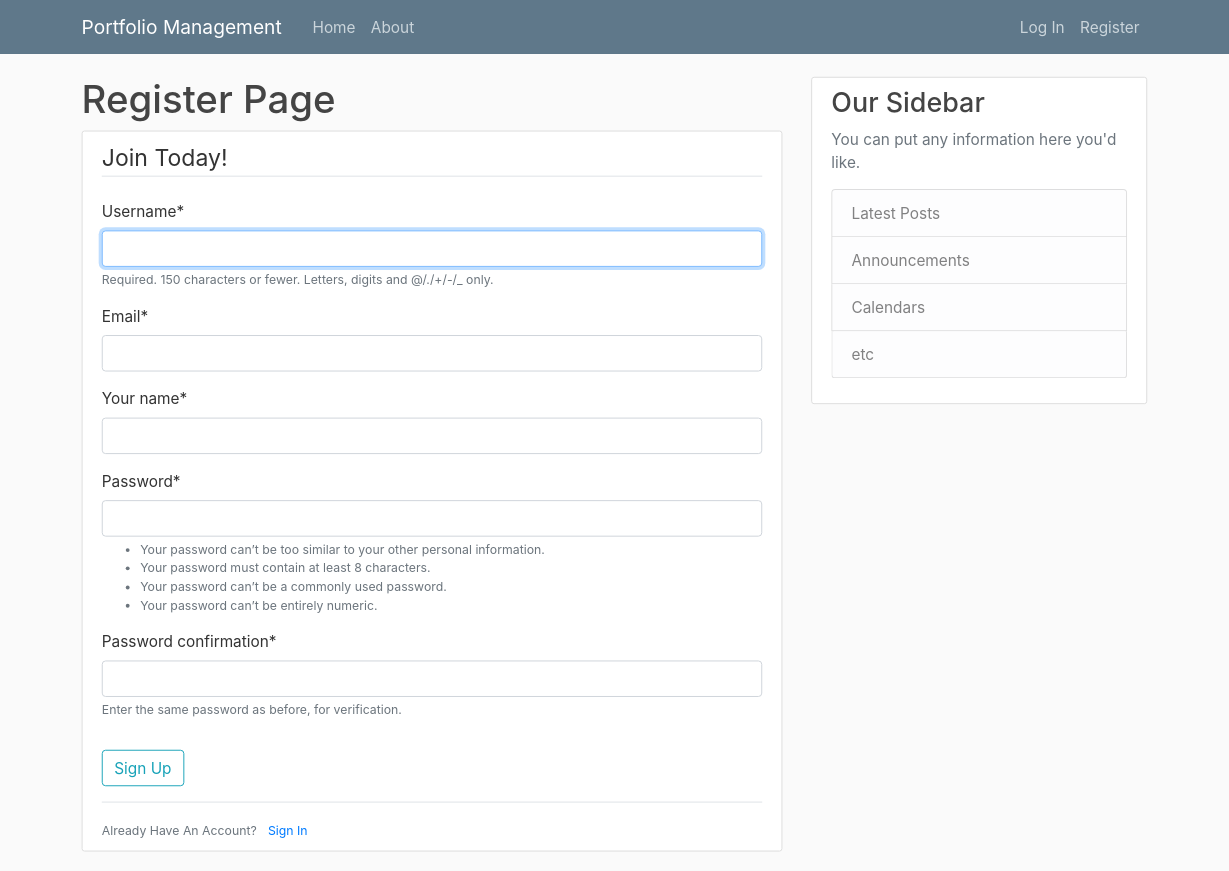
Repository: rahulsolankib/portfolio
Page: http://localhost/register/
These files come from the project's save history. The page is drawn as it stood at one moment and after the next save; the edit follows.
The browser window is 1280 px wide. The pictures show the whole page, at 96% of full size.
The page is served by the project's application, run on Django 3.2 (manage.py). Other server files are loaded and not shown.

Above is the page before, as saved 2020-10-21 20:09:17.

### user/templates/user/register.html
{% extends "startPage/base.html" %}
{% load crispy_forms_tags %}
{% crispy example_form %}

{% block content %}
    <h1>Register Page</h1>
    <div class="content-section">
        <form method="POST">
            {% csrf_token %}
            <fieldset class="form-group">
                <legend class="border-bottom mb-4">Join Today!</legend>
                {{form |crispy}}
            </fieldset>
            <div class="form-group">
                <button class="btn btn-outline-info" type="submit">Sign Up</button>
            </div>
        </form>
        <div class="border-top pt-3">
            <small class="text-muted">
                Already Have An Account? <a class="ml-2" href="{% url 'login' %}">Sign In</a>
            </small>
        </div>
    </div>
{% endblock content %}

### startPage/templates/startPage/base.html
{% load static %}
<!DOCTYPE html>
<html>
<head>
    <meta charset="utf-8">
    <meta name="viewport" content="width=device-width, initial-scale=1, shrink-to-fit=no">

    <!-- Bootstrap CSS -->
    <link rel="stylesheet" href="https://stackpath.bootstrapcdn.com/bootstrap/4.5.2/css/bootstrap.min.css" integrity="sha384-JcKb8q3iqJ61gNV9KGb8thSsNjpSL0n8PARn9HuZOnIxN0hoP+VmmDGMN5t9UJ0Z" crossorigin="anonymous">

    <link rel="stylesheet" type="text/css" href="{% static 'startPage/main.css' %}">
    {% if title %}
        <title>Django - {{title}}</title>
    {% else %}
        <title>Django</title>
    {% endif %}
</head>
<body>
    <header class="site-header">
        <nav class="navbar navbar-expand-md navbar-dark bg-steel fixed-top">
            <div class="container">
            <a class="navbar-brand mr-4" href="{% url 'Start-Page' %}">Portfolio Management</a>
            <button class="navbar-toggler" type="button" data-toggle="collapse" data-target="#navbarToggle" aria-controls="navbarToggle" aria-expanded="false" aria-label="Toggle navigation">
            <span class="navbar-toggler-icon"></span>
            </button>
            <div class="collapse navbar-collapse" id="navbarToggle">
                <div class="navbar-nav mr-auto">
                <a class="nav-item nav-link" href="{% url 'Start-Page' %}">Home</a>
                <a class="nav-item nav-link" href="{% url 'About-Page' %}">About</a>
                {% if user.is_authenticated %}
                    <a class="nav-item nav-link" href="{% url 'questions' %}">Risk-Assessment</a>
                {% endif%}
                </div>
                <!-- Navbar Right Side -->
                <div class="navbar-nav">
                {% if user.is_authenticated %}
                    <a class="nav-item nav-link" href="{% url 'profile' %}">@{{user.username}}</a>
                    <a class="nav-item nav-link" href="{% url 'logout' %}">Log Out</a>
                {% else %}
                    <a class="nav-item nav-link" href="{% url 'login' %}">Log In</a>
                    <a class="nav-item nav-link" href="{% url 'register' %}">Register</a>
                {% endif%}
                </div>
            </div>
            </div>
        </nav>
    </header>
    <main role="main" class="container">
        <div class="row">
            <div class="col-md-8">
                {% if messages %}
                    {% for message in messages%}
                        <div class="alert alert-{{message.tags}}">
                            {{message}}
                        </div>
                    {% endfor %}
                {% endif %}
                {% block content %}{% endblock %}
            </div>
            <div class="col-md-4">
            <div class="content-section">
                <h3>Our Sidebar</h3>
                <p class='text-muted'>You can put any information here you'd like.
                <ul class="list-group">
                    <li class="list-group-item list-group-item-light">Latest Posts</li>
                    <li class="list-group-item list-group-item-light">Announcements</li>
                    <li class="list-group-item list-group-item-light">Calendars</li>
                    <li class="list-group-item list-group-item-light">etc</li>
                </ul>
                </p>
            </div>
            </div>
        </div>
    </main>


    <script src="https://code.jquery.com/jquery-3.5.1.slim.min.js" integrity="sha384-DfXdz2htPH0lsSSs5nCTpuj/zy4C+OGpamoFVy38MVBnE+IbbVYUew+OrCXaRkfj" crossorigin="anonymous"></script>
    <script src="https://cdn.jsdelivr.net/npm/popper.js@1.16.1/dist/umd/popper.min.js" integrity="sha384-9/reFTGAW83EW2RDu2S0VKaIzap3H66lZH81PoYlFhbGU+6BZp6G7niu735Sk7lN" crossorigin="anonymous"></script>
    <script src="https://stackpath.bootstrapcdn.com/bootstrap/4.5.2/js/bootstrap.min.js" integrity="sha384-B4gt1jrGC7Jh4AgTPSdUtOBvfO8shuf57BaghqFfPlYxofvL8/KUEfYiJOMMV+rV" crossorigin="anonymous"></script>
</body>
</html>

### user/forms.py
from django import forms
from django.contrib.auth.models import User
from django.contrib.auth.forms import UserCreationForm

class UserRegisterForm(UserCreationForm):
    email = forms.EmailField()
    name = forms.CharField(label='Your name')

    class Meta:
        model = User
        fields = ['username','email','name','password1','password2']

### user/views.py
from django.shortcuts import render,redirect
from django.contrib import messages
from .forms import UserRegisterForm
from django.contrib.auth.decorators import login_required

# Create your views here.

def register(request):
    if request.method == 'POST':
        form = UserRegisterForm(request.POST)
        if form.is_valid():
            form.save()
            username = form.cleaned_data.get('username')
            messages.success(request, f'Hurray!! Your Account Has been Created, You Can Login Now...')
            return redirect('login')
    else:
        form = UserRegisterForm()
    return render(request,'user/register.html',{'form':form,'title':'Register Here!'})

@login_required
def profile(request):
    return render(request,'user/profile.html')

### portfolio/urls.py
"""portfolio URL Configuration

The `urlpatterns` list routes URLs to views. For more information please see:
    https://docs.djangoproject.com/en/3.1/topics/http/urls/
Examples:
Function views
    1. Add an import:  from my_app import views
    2. Add a URL to urlpatterns:  path('', views.home, name='home')
Class-based views
    1. Add an import:  from other_app.views import Home
    2. Add a URL to urlpatterns:  path('', Home.as_view(), name='home')
Including another URLconf
    1. Import the include() function: from django.urls import include, path
    2. Add a URL to urlpatterns:  path('blog/', include('blog.urls'))
"""
from django.contrib import admin
from django.contrib.auth import views as auth_views
from django.urls import path,include
from user import views as user_views
from riskCalculator import views as riskCalculator_views

urlpatterns = [
    path('admin/', admin.site.urls),
    path('register/',user_views.register,name='register'),
    path('profile/',user_views.profile,name='profile'),
    path('',include('startPage.urls')),
    path('login/',auth_views.LoginView.as_view(template_name="user/login.html"),name='login'),
    path('logout/',auth_views.LogoutView.as_view(template_name="user/logout.html"),name='logout'),
    path('questions/',riskCalculator_views.questions,name='questions')
]

### startPage/urls.py
from django.urls import path
from . import views

urlpatterns = [
    path('', views.home,name="Start-Page"),
    path('about/', views.about,name="About-Page"),
]

### startPage/static/startPage/main.css
body {
    background: #fafafa;
    color: #333333;
    margin-top: 5rem;
  }

  h1, h2, h3, h4, h5, h6 {
    color: #444444;
  }

  ul {
    margin: 0;
  }

  .bg-steel {
    background-color: #5f788a;
  }

  .site-header .navbar-nav .nav-link {
    color: #cbd5db;
  }

  .site-header .navbar-nav .nav-link:hover {
    color: #ffffff;
  }

  .site-header .navbar-nav .nav-link.active {
    font-weight: 500;
  }

  .content-section {
    background: #ffffff;
    padding: 10px 20px;
    border: 1px solid #dddddd;
    border-radius: 3px;
    margin-bottom: 20px;
  }

  .article-title {
    color: #444444;
  }

  a.article-title:hover {
    color: #428bca;
    text-decoration: none;
  }

  .article-content {
    white-space: pre-line;
  }

  .article-img {
    height: 65px;
    width: 65px;
    margin-right: 16px;
  }

  .article-metadata {
    padding-bottom: 1px;
    margin-bottom: 4px;
    border-bottom: 1px solid #e3e3e3
  }

  .article-metadata a:hover {
    color: #333;
    text-decoration: none;
  }

  .article-svg {
    width: 25px;
    height: 25px;
    vertical-align: middle;
  }

  .account-img {
    height: 125px;
    width: 125px;
    margin-right: 20px;
    margin-bottom: 16px;
  }

  .account-heading {
    font-size: 2.5rem;
  }

After the next save:
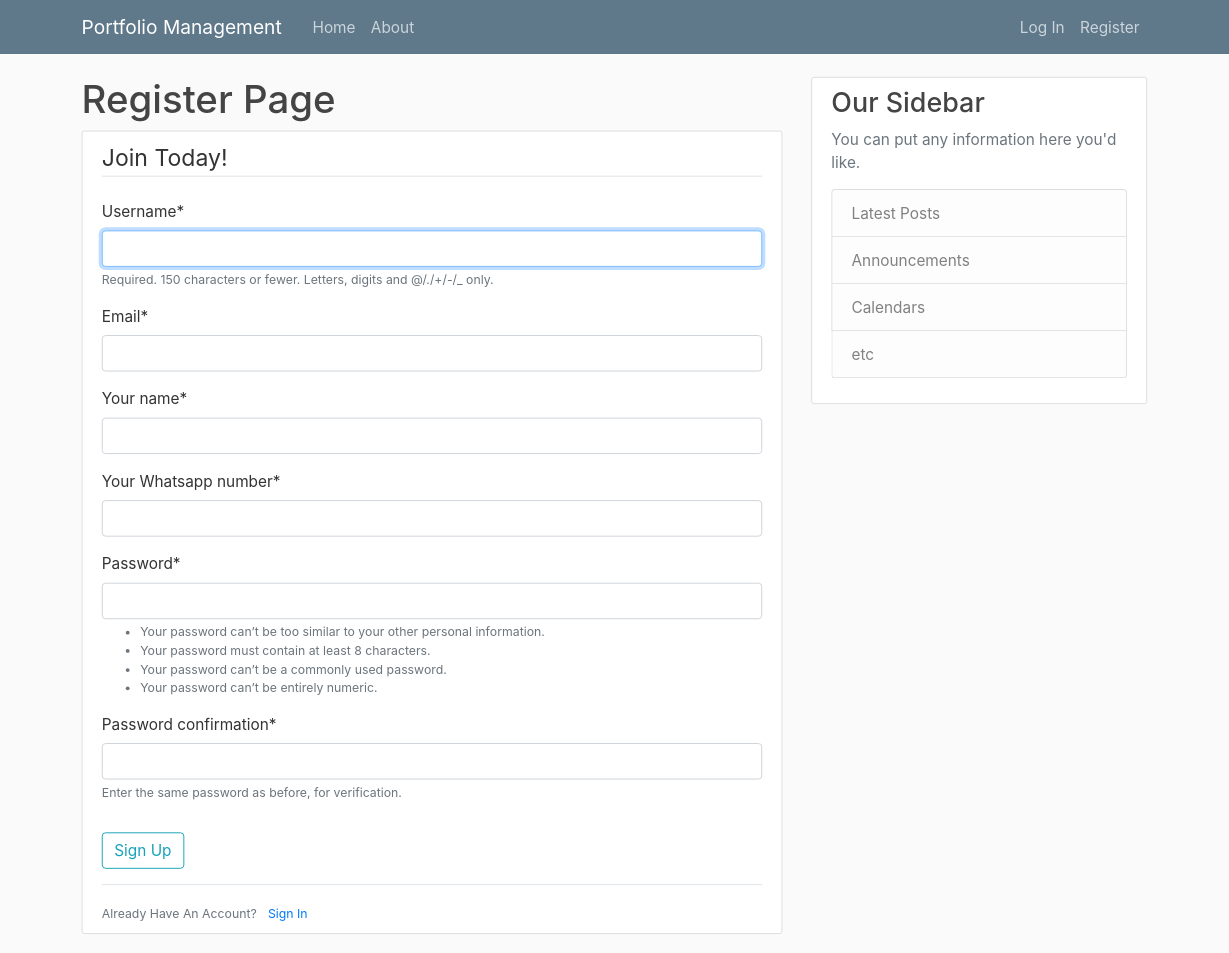
Saved 39 h 35 min later.
--- a/user/forms.py
+++ b/user/forms.py
@@ -5,7 +5,7 @@ from django.contrib.auth.forms import UserCreationForm
 class UserRegisterForm(UserCreationForm):
     email = forms.EmailField()
     name = forms.CharField(label='Your name')
-
+    phone = forms.CharField(label='Your Whatsapp number')
     class Meta:
         model = User
-        fields = ['username','email','name','password1','password2']
+        fields = ['username','email','name','phone','password1','password2']
